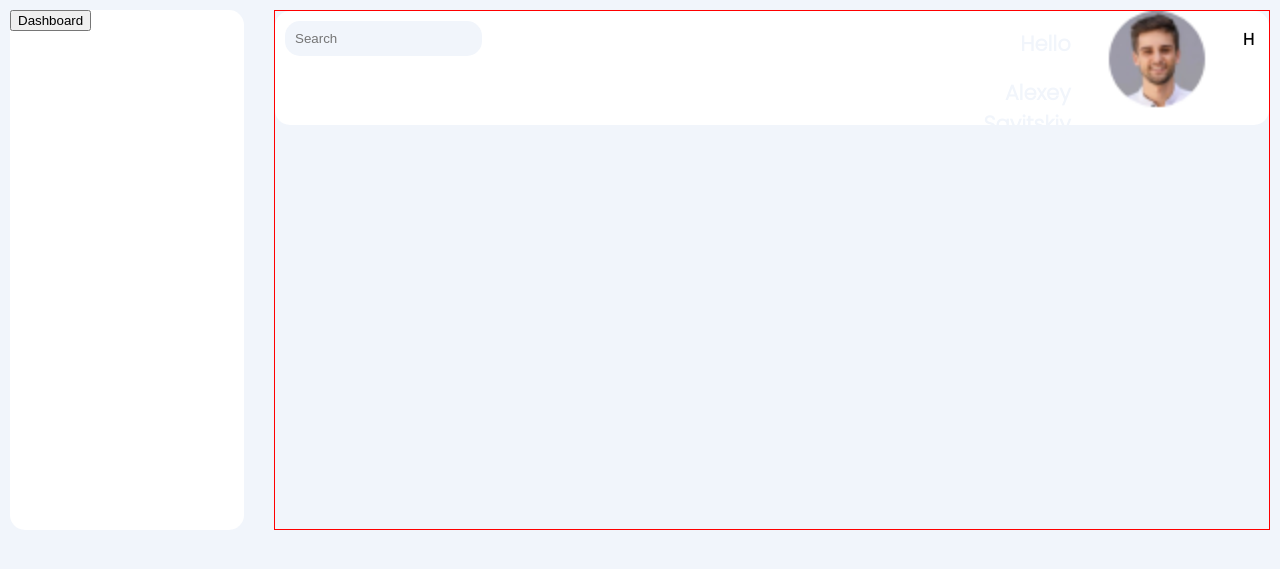
Repository: Anuruddha00/dashboard-design
Page: /
The author's editor kept a copy of each file at every save. The page is drawn from the files as they stood at one save, then again after the next save.
The browser window is 1280 px wide. The pictures show the whole page.
The project was rebuilt for these pictures with package versions that can differ from the ones it lists, and the page was loaded fresh each time.

Above is the page before, as saved 2021-05-07 00:16:33.

### public/index.html
<!DOCTYPE html>
<html lang="en">
  <head>
    <meta charset="utf-8" />
    <link rel="icon" href="%PUBLIC_URL%/favicon.ico" />
    <meta name="viewport" content="width=device-width, initial-scale=1" />
    <meta name="theme-color" content="#000000" />
    <meta
      name="description"
      content="Web site created using create-react-app"
    />
    <link rel="apple-touch-icon" href="%PUBLIC_URL%/logo192.png" />

    <link rel="preconnect" href="https://fonts.gstatic.com">
    <link href="https://fonts.googleapis.com/css2?family=Poppins:wght@300&display=swap" rel="stylesheet">

    <!--
      manifest.json provides metadata used when your web app is installed on a
      user's mobile device or desktop. See https://developers.google.com/web/fundamentals/web-app-manifest/
    -->
    <link rel="manifest" href="%PUBLIC_URL%/manifest.json" />
    <!--
      Notice the use of %PUBLIC_URL% in the tags above.
      It will be replaced with the URL of the `public` folder during the build.
      Only files inside the `public` folder can be referenced from the HTML.

      Unlike "/favicon.ico" or "favicon.ico", "%PUBLIC_URL%/favicon.ico" will
      work correctly both with client-side routing and a non-root public URL.
      Learn how to configure a non-root public URL by running `npm run build`.
    -->
    <title>React App</title>
  </head>
  <body>
    <noscript>You need to enable JavaScript to run this app.</noscript>
    <div id="root"></div>
    <!--
      This HTML file is a template.
      If you open it directly in the browser, you will see an empty page.

      You can add webfonts, meta tags, or analytics to this file.
      The build step will place the bundled scripts into the <body> tag.

      To begin the development, run `npm start` or `yarn start`.
      To create a production bundle, use `npm run build` or `yarn build`.
    -->
  </body>
</html>

### src/index.js
import React from 'react';
import ReactDOM from 'react-dom';
import Dashboard from './containers/Dashboard/Dashboard';
import reportWebVitals from './reportWebVitals';

ReactDOM.render(
  <React.StrictMode>
    <Dashboard />
  </React.StrictMode>,
  document.getElementById('root')
);

// If you want to start measuring performance in your app, pass a function
// to log results (for example: reportWebVitals(console.log))
// or send to an analytics endpoint. Learn more: https://bit.ly/CRA-vitals
reportWebVitals();

### src/containers/Dashboard/Dashboard.js
import React from 'react';
import './Dashboard.scss';

const dashboard = () =>{

    return(
        <div className='container'>
            <div className='dashboard'>
                <div className='dashboardSideBar'>
                    <button>Dashboard</button>
                </div>
                <div className='dashboardMenu'>
                    <section className='content'>
                        <nav className='contentNavbar'>
                            <div className='contentNavbarSearch'>
                                <form>
                                    <input type='text' placeholder='Search'/>
                                </form>
                            </div>
                            <div className='contentNavbarProfile'>
                                <div className='contentNavbarProfileName'>
                                    <h2>Hello</h2>
                                    <h2>Alexey Savitskiy</h2>
                                </div>
                                <img src='./assets/Image 9.png'/>
                                <h1>H</h1>
                            </div>
                        </nav>
                   </section>

                   <section>

                   </section>
                </div>
            </div>
        </div>
    )

}
export default dashboard;


{/* <nav className ='navBar'>
                    <div className='navBarContent'>
                        <div className='navBarContentSearch'>
                            <form className='navBarContentSearchField'>
                                <input type='text' placeholder='Search'/>
                            </form>
                        </div>
                        <div className='navBarContentProfile'>
                            <div className='navBarContentProfileName'>
                                <h2>Hello</h2>
                                <h2>Alexey Savitskiy</h2>
                            </div>
                            <img src='./assets/Image 9.png'/>
                            <h1>H</h1>
                        </div>
                    </div>
                </nav> */}

### src/containers/Dashboard/Dashboard.scss

body{
    margin: 0;
    padding: 0;
    font-size: 0.875rem;
    font-family: 'Poppins', sans-serif;

}

.container{
    background: #f1f5fb;
    height: 100vh;

    .dashboard{
        display: grid;
        grid-template-columns: 1fr 4fr;
        gap:10px;
        grid-auto-rows: minmax(100px, auto);

        &SideBar{
            grid-column: 1;
            grid-row: 1 / 6;
            border-radius: 15px;
            background: #ffffff;
            margin: 10px;

        }
        &Menu{
            border: 1px solid red;
            grid-column: 2;
            grid-row: 1 / 6;
            margin: 10px;

            .content{
                display: grid;
                grid-template-rows:1fr 3fr ;
                gap:10px;

                &Navbar{
                    display: flex;
                    justify-content: space-between;
                    background: #ffffff;
                    border-radius: 15px;

                    &Search{

                        input{
                            background: #f1f5fb;
                            border-style: none;
                            padding:10px;
                            margin: 10px;
                            border-radius: 15px;
                        }
                    }
                    &Profile{
                        display: flex;
                        flex-direction: row;
                        gap: 2em;
                        margin-right: 15px;

                        &Name{
                            text-align: end;
                            color: #f1f5fb;
                        }
                    }
                }
            }
        }
    }
}


// .navBar{
//     display: flex;
//     justify-content: end;
//     border: 1px solid #ffffff;
//     background:#ffffff;

//     &Content{
//         display: flex;


//         &Search{

//             &Field{

//             }
//         }
//         &Profile{

//             &Name{

//             }
//             display: flex;
//             gap: 1em;
//         }
//     }
// }

Loaded but not shown: src/reportWebVitals.js (common file)

After the next save:
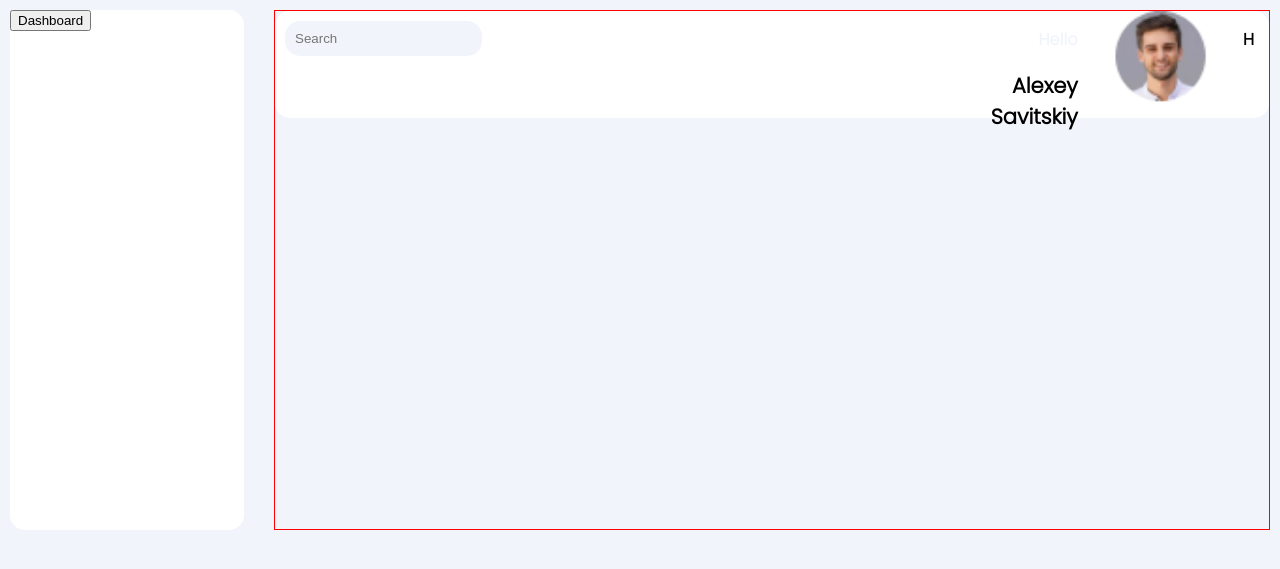
Saved 45 s later.
--- a/src/containers/Dashboard/Dashboard.js
+++ b/src/containers/Dashboard/Dashboard.js
@@ -19,7 +19,7 @@ const dashboard = () =>{
                             </div>
                             <div className='contentNavbarProfile'>
                                 <div className='contentNavbarProfileName'>
-                                    <h2>Hello</h2>
+                                    <h3>Hello</h3>
                                     <h2>Alexey Savitskiy</h2>
                                 </div>
                                 <img src='./assets/Image 9.png'/>
--- a/src/containers/Dashboard/Dashboard.scss
+++ b/src/containers/Dashboard/Dashboard.scss
@@ -60,7 +60,10 @@ body{
 
                         &Name{
                             text-align: end;
-                            color: #f1f5fb;
+
+                            h3{
+                                color: #f1f5fb;
+                            }
                         }
                     }
                 }
